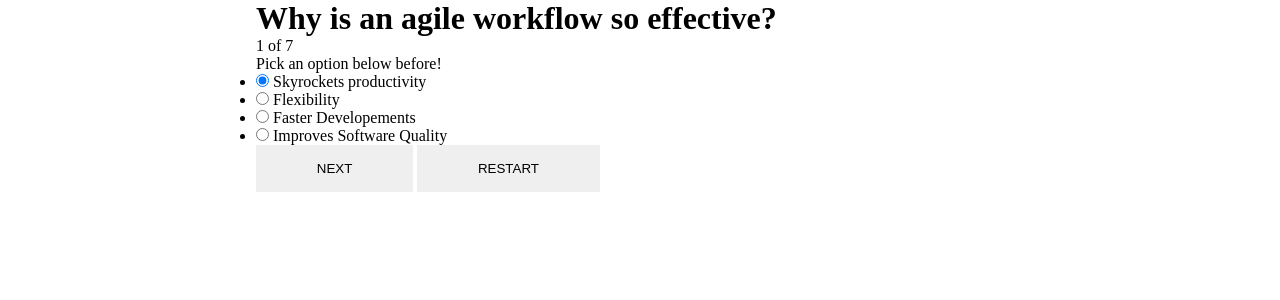
Repository: mukiSabljakovic/Quiz-APP
Page: index.html
An editor plug-in stored every save of this project. The page is shown before and after the next save, followed by the edit.
The browser window is 1280 px wide. The pictures show the whole page.
Some web fonts or font styles are not loaded; a fallback is used.

Above is the page before, as saved 2020-05-01 11:43:30.

### index.html
<!DOCTYPE html>
<html lang="en">
<head>
    <meta charset="UTF-8">
    <meta name="viewport" content="width=device-width, initial-scale=1.0">
    <title>Quiz</title>
    <link rel="stylesheet" href="css/style.css">
</head>
<body>
    <div class="app">
        <div class="container">
            <div class="jabquiz">

                <div class="jabquiz__question-box">
                    <h1 class="jabquiz__question">Why is an agile workflow so effective?</h1>
                    <p class="jabquiz__tracker">1 of 7</p>
                    <div class="progress">
                        <div class="progress__inner">

                        </div>
                    </div>
                    <p class="jabquiz__tagline">Pick an option below before!</p>
                </div>



                <div class="jabquiz__choices-box">
                    <ul class="jabquiz__choices">
                        <!-- dynamically with js -->
                        <li class="jabquiz__choice">
                            <input type="radio" name="choice" id="choice0" class="jabquiz__input" checked>
                            <label for="choice0" class="jabquiz__label">
                                <i></i>
                                Skyrockets productivity
                            </label>
                        </li>
                        <li class="jabquiz__choice">
                            <input type="radio" name="choice" id="choice0" class="jabquiz__input">
                            <label for="choice0" class="jabquiz__label">
                                <i></i>
                                Flexibility
                            </label>
                        </li>
                        <li class="jabquiz__choice">
                            <input type="radio" name="choice" id="choice0" class="jabquiz__input" >
                            <label for="choice0" class="jabquiz__label">
                                <i></i>
                                Faster Developements
                            </label>
                        </li>
                        <li class="jabquiz__choice">
                            <input type="radio" name="choice" id="choice0" class="jabquiz__input" >
                            <label for="choice0" class="jabquiz__label">
                                <i></i>
                                Improves Software Quality
                            </label>
                        </li>
                    </ul>
                </div>



                <div class="jabquiz__footer">
                    <button class="button button--bordered next">Next</button>
                    <button class="button button--bordered restart">Restart</button>
                </div>



            </div>
        </div>
    </div>
</body>
</html>

### css/style.css
@import url("https://fonts-googleapis.com/css?family=Raleway|PT+Serif:700");


:root {
    --main-font-color: #1a1a1a;
    --main-bg-color: white;
    --main-theme-color: rgb(243, 168, 47);
    --light-white: #f5f5f5;
    --light-gray: #ccc;
    --light-black: #282a39;
    --container-width: 768px;
    --font-body-stack: Raleway, Charcoal, sans-serif;
    --font-heading-stack: "PT Serif", sans-serif;

}

* {
 padding: 0;
 margin: 0;
 box-sizing: border-box;
}

.container {
    max-width: var(--container-width);
    margin-right: auto;
    margin-left: auto;
}

.button {
    padding: 1rem 3.8rem;
    text-transform: uppercase;
    border: 0;
    outline: 0;
    transition: .3s all ease;
}

After the next save:
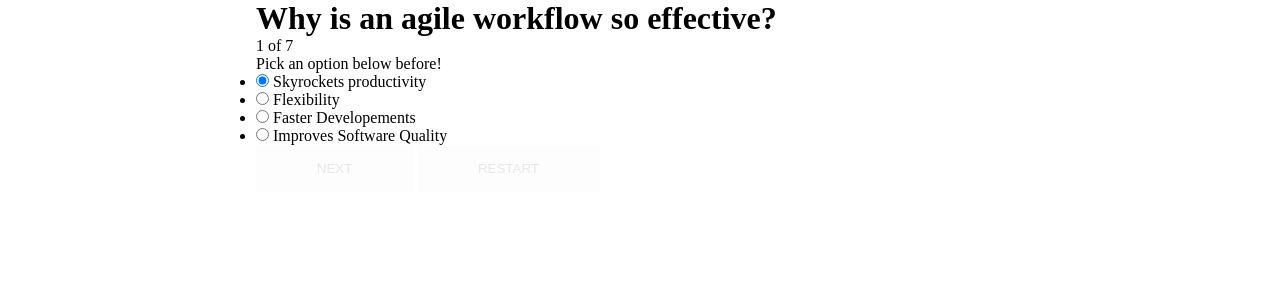
Saved 14 s later.
--- a/css/style.css
+++ b/css/style.css
@@ -30,6 +30,7 @@
     padding: 1rem 3.8rem;
     text-transform: uppercase;
     border: 0;
+    opacity: .09;
     outline: 0;
     transition: .3s all ease;
 }

After the save that followed:
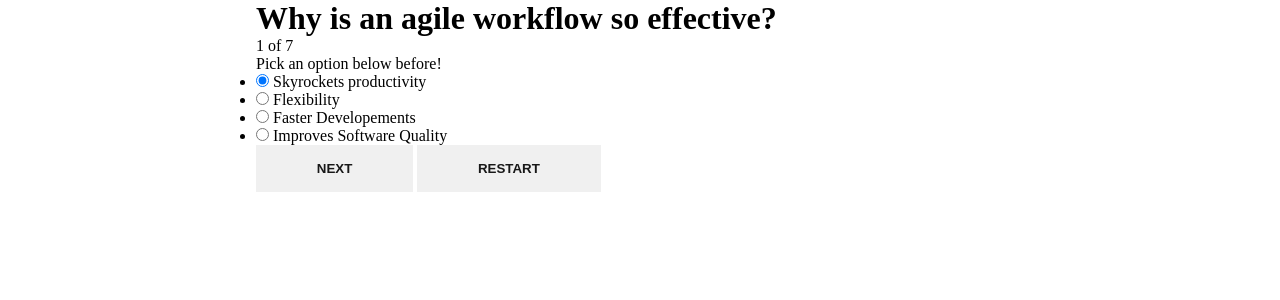
Saved 15 s later.
--- a/css/style.css
+++ b/css/style.css
@@ -30,7 +30,8 @@
     padding: 1rem 3.8rem;
     text-transform: uppercase;
     border: 0;
-    opacity: .09;
+    opacity: .9;
     outline: 0;
+    font-weight: bold;
     transition: .3s all ease;
 }
